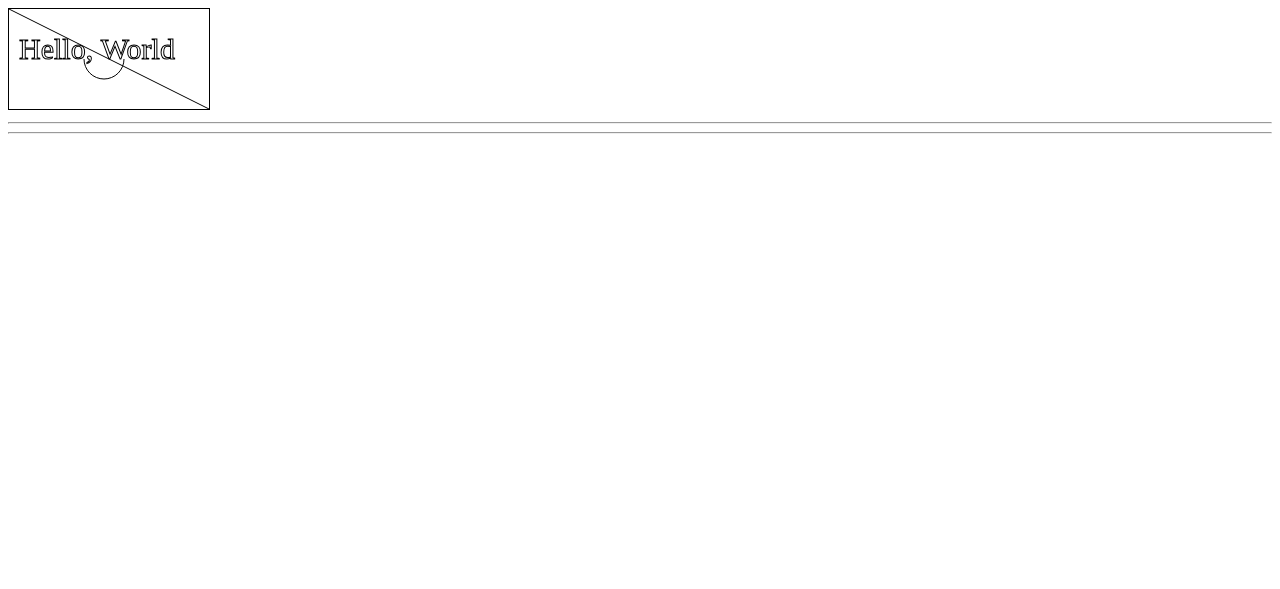
Repository: junyong231/SSIT_html
Page: webPro/src/main/webapp/html/days05/ex07.html
The author's editor kept a copy of each file at every save. The page is drawn from the files as they stood at one save, then again after the next save.
The browser window is 1280 px wide. The pictures show the whole page.

Above is the page before, as saved 2024-09-13 08:14:46.

### webPro/src/main/webapp/html/days05/ex07.html
<!DOCTYPE html>
<html>
<head>
<meta charset="UTF-8">
<title>Insert title here</title>
<link rel="shortcut icon" type="image/x-icon" href="http://localhost/webPro/images/SiSt.ico">
<script src="https://ajax.googleapis.com/ajax/libs/jquery/3.7.1/jquery.min.js"></script>
<meta name="viewport" content="width=device-width, initial-scale=1.0">
</head>
<body>

    <!--
        html 그래픽 - 그림 그리기   <canvas> : 도화지의 개념 ( 그래픽 컨테이너 역할 )
                                            , 모든 브라우저에서 지원하는 태그 , 그리기 작업은 js로 함. (시계 참고)
                                   <svg> :

             미디어 -

             API
    -->

    <canvas id="myCanvas" width="200px" height="100px" style="border: solid 1px black;"></canvas>

<script>
// canvas에 그려보자

var c = document.getElementById("myCanvas"); //종이 가져옴
var ctx = c.getContext("2d"); //도구 준비
// 선 = 두점
ctx.moveTo(0,0) //시작점
ctx.lineTo(200,100) //끝점
ctx.stroke(); //그리기 명령

//원(호)
ctx.beginPath();
// ctx.arc(95, 50, 40, 0 ,  2 * Math.PI );
ctx.arc(95, 50, 20, 0 ,  Math.PI );
ctx.stroke();

// 텍스트
ctx.font= "30px 휴먼매직체"
ctx.strokeText("Hello, World",10, 50);
</script>


<hr>
<hr>
<!--
    [svg] 태그 ?
    - W3C 권장 사항
    - xml 형식의 벡터 기반 그래픽
    - svg 태그 : svg 그래픽을 그리기 위한 컨테이너 역할
-->

<svg width="100" height="100">



</svg>




</body>
</html>

After the next save:
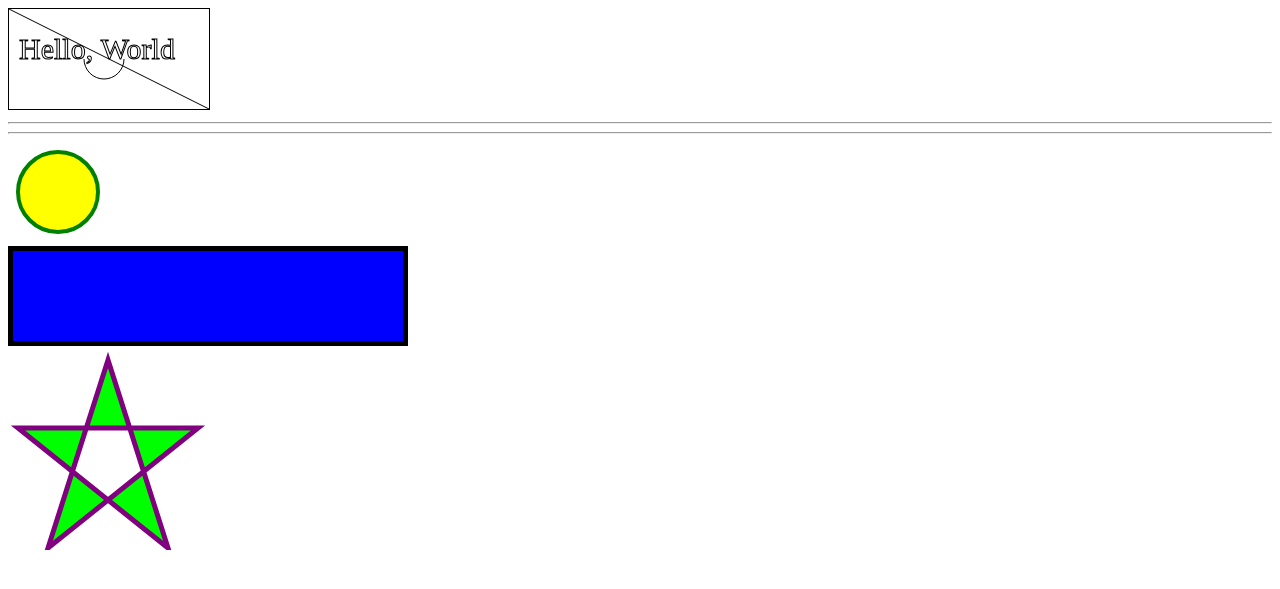
Saved 37 s later.
--- a/webPro/src/main/webapp/html/days05/ex07.html
+++ b/webPro/src/main/webapp/html/days05/ex07.html
@@ -14,6 +14,7 @@
                                             , 모든 브라우저에서 지원하는 태그 , 그리기 작업은 js로 함. (시계 참고)
                                    <svg> :
 
+             [명절 지나고..]
              미디어 -
 
              API
@@ -53,11 +54,18 @@ ctx.strokeText("Hello, World",10, 50);
 -->
 
 <svg width="100" height="100">
+<circle cx="50" cy="50" r="40"  stroke="green" stroke-width="4" fill="yellow">
+</svg><br>
 
+<svg width="400" height="100">
+<rect width="400" height="100"
+style="stroke:rgb(0,0,0);stroke-width:10;fill:rgb(0,0,255)" />
+</svg><br>
 
-
-</svg>
-
+<svg width="300" height="200">
+<polygon points="100,10 40,198 190,78 10,78 160,198"
+style="fill:lime;stroke:purple;stroke-width:5;fill-rule:evenodd;" />
+</svg><br>
 
 
 
